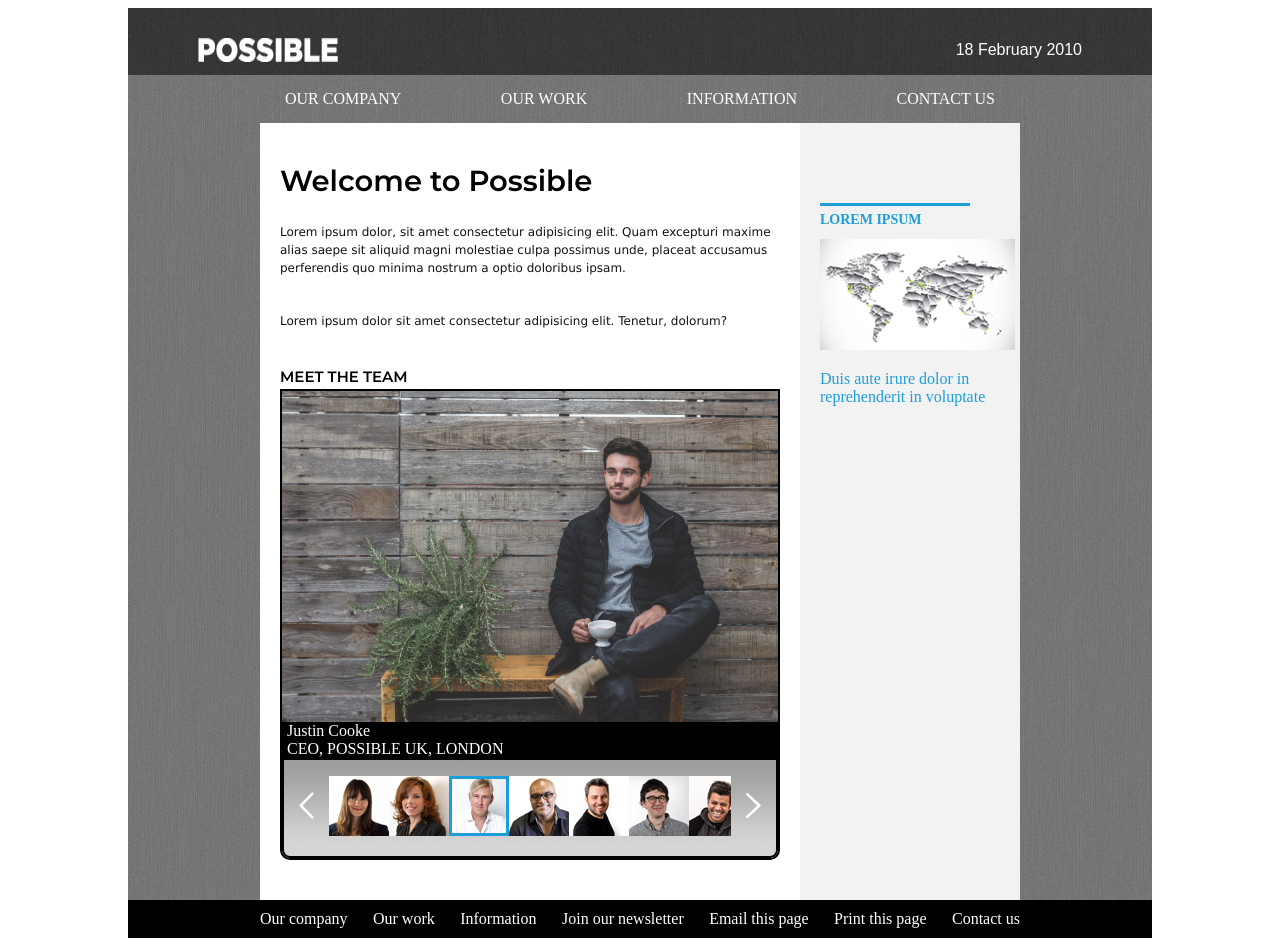
Repository: grzegorzgebala/possible-site
Page: index.html
These files come from the project's save history. The page is drawn as it stood at one moment and after the next save; the edit follows.
The browser window is 1280 px wide. The pictures show the whole page.
The style sheet was rebuilt from its Sass, Less or Tailwind sources for each picture, by a compiler version that may differ from the author's.

Above is the page before, as saved 2020-02-16 17:10:39.

After the next save:
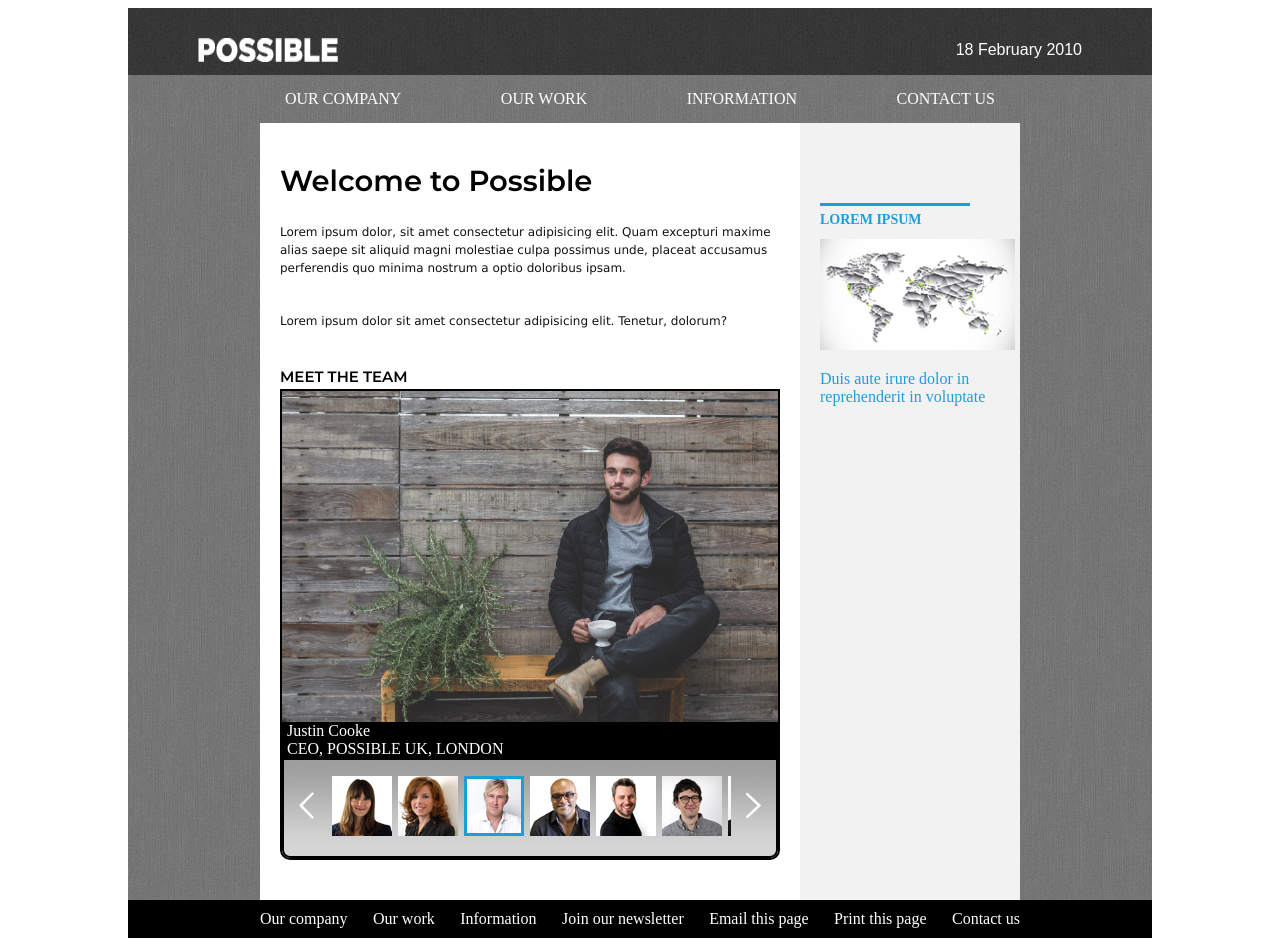
Saved 16 s later.
--- a/sass/style.scss
+++ b/sass/style.scss
@@ -135,7 +135,7 @@
                     padding: 0;
 
                     .carouselSlide {
-                        // margin: 0 3px;
+                        margin: 0 3px;
                         // margin-right: 10px;
                         // height: 60px;
                         // width: 60px;

After the save that followed:
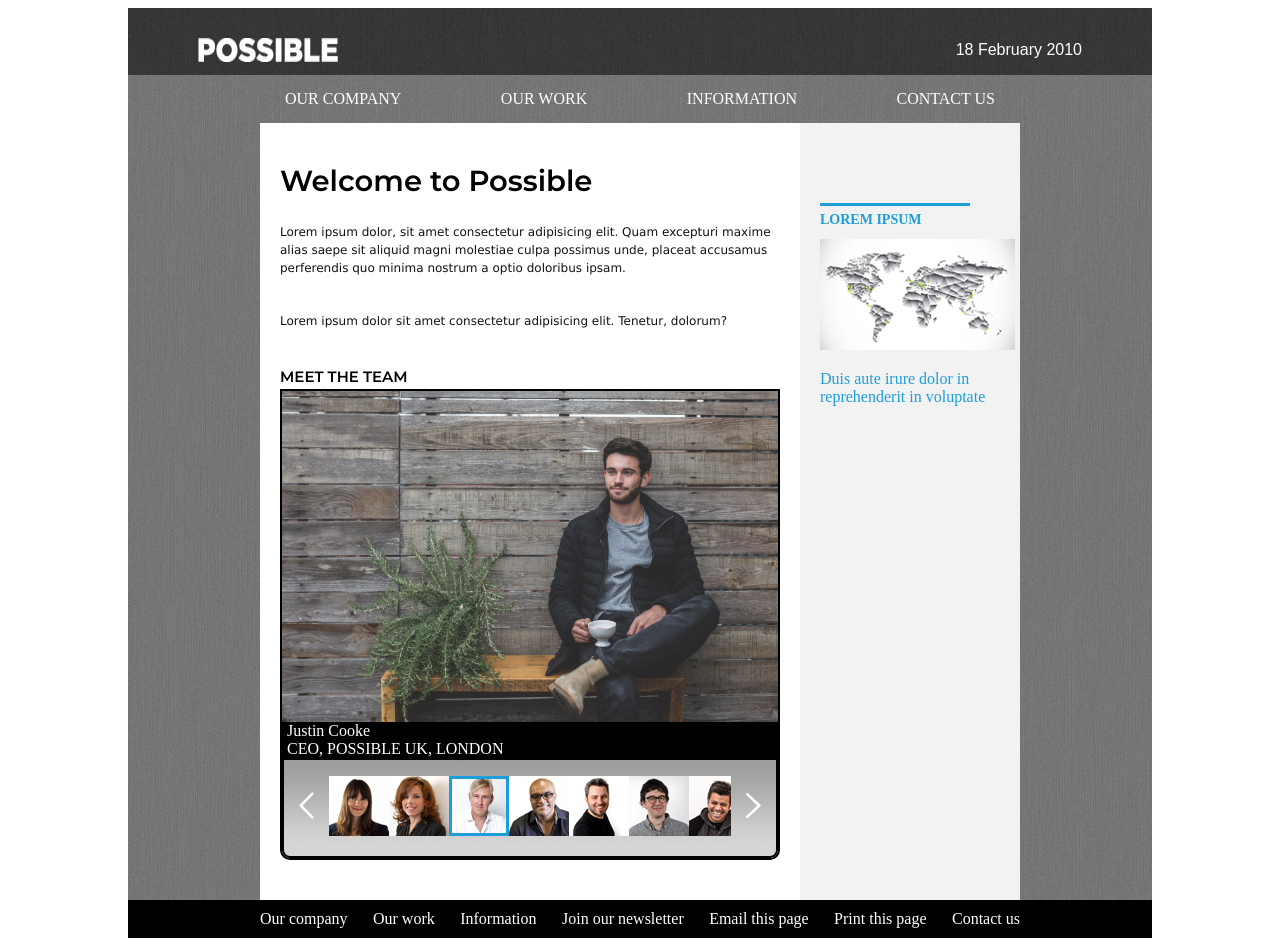
Saved 4 s later.
--- a/sass/style.scss
+++ b/sass/style.scss
@@ -135,7 +135,7 @@
                     padding: 0;
 
                     .carouselSlide {
-                        margin: 0 3px;
+                        // margin: 0 3px;
                         // margin-right: 10px;
                         // height: 60px;
                         // width: 60px;
